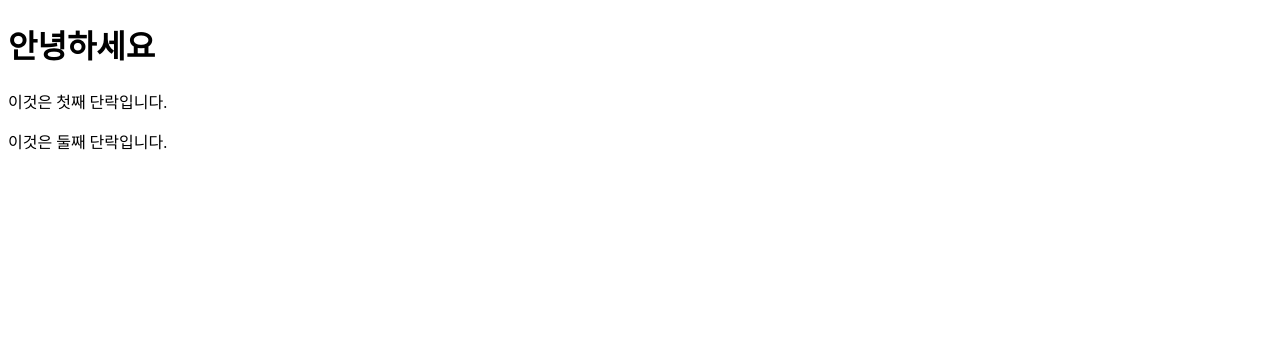
Repository: nn98/2022-1WebP
Page: html1/src/main/webapp/01/table17.html
An editor plug-in stored every save of this project. The page is shown before and after the next save, followed by the edit.
The browser window is 1280 px wide. The pictures show the whole page.

Above is the page before, as saved 2022-04-10 17:01:27.

### html1/src/main/webapp/01/table17.html
<!DOCTYPE html>
<html>
<head>
<meta http-equiv="Content-Type" content="text/html; charset=utf-8">
<title>hello</title>
</head>
<body>
	<h1>안녕하세요</h1>
	<p>이것은 첫째 단락입니다.</p>
	<p>이것은 둘째 단락입니다.</p>
</body>
</html>

After the next save:
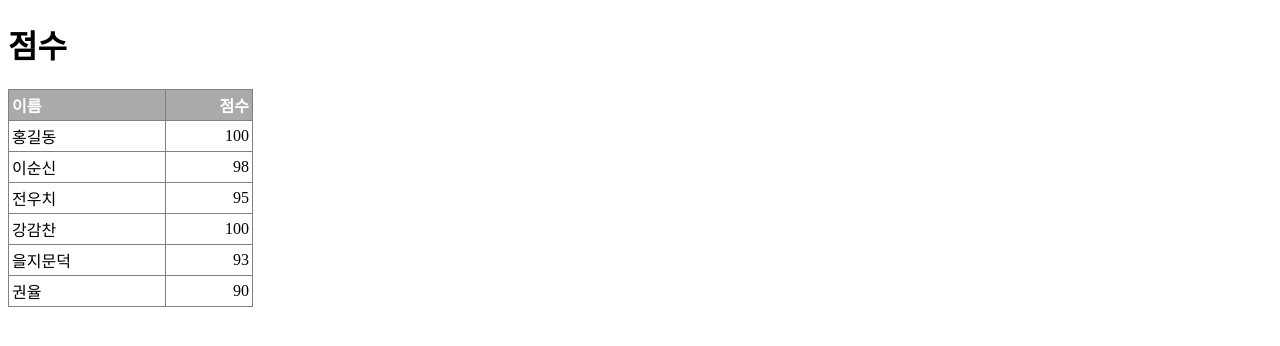
Saved 16 s later.
--- a/html1/src/main/webapp/01/table17.html
+++ b/html1/src/main/webapp/01/table17.html
@@ -2,11 +2,73 @@
 <html>
 <head>
 <meta http-equiv="Content-Type" content="text/html; charset=utf-8">
-<title>hello</title>
+<title>점수</title>
+<style>
+table {
+	border-collapse: collapse;
+}
+
+td {
+	border: 1px solid gray;
+	padding: 3px;
+}
+
+td:nth-child(1) {
+	width: 150px;
+}
+
+td:nth-child(2) {
+	text-align: right;
+	width: 80px;
+}
+
+thead {
+	background-color: #aaaaaa;
+	color: white;
+	font-weight: bold;
+}
+
+tbody tr:hover {
+	background-color: #ffffdd;
+	cursor: pointer;
+}
+</style>
 </head>
 <body>
-	<h1>안녕하세요</h1>
-	<p>이것은 첫째 단락입니다.</p>
-	<p>이것은 둘째 단락입니다.</p>
+	<h1>점수</h1>
+	<table>
+		<thead>
+			<tr>
+				<td>이름</td>
+				<td>점수</td>
+			</tr>
+		</thead>
+		<tbody>
+			<tr>
+				<td>홍길동</td>
+				<td>100</td>
+			</tr>
+			<tr>
+				<td>이순신</td>
+				<td>98</td>
+			</tr>
+			<tr>
+				<td>전우치</td>
+				<td>95</td>
+			</tr>
+			<tr>
+				<td>강감찬</td>
+				<td>100</td>
+			</tr>
+			<tr>
+				<td>을지문덕</td>
+				<td>93</td>
+			</tr>
+			<tr>
+				<td>권율</td>
+				<td>90</td>
+			</tr>
+		</tbody>
+	</table>
 </body>
 </html>
